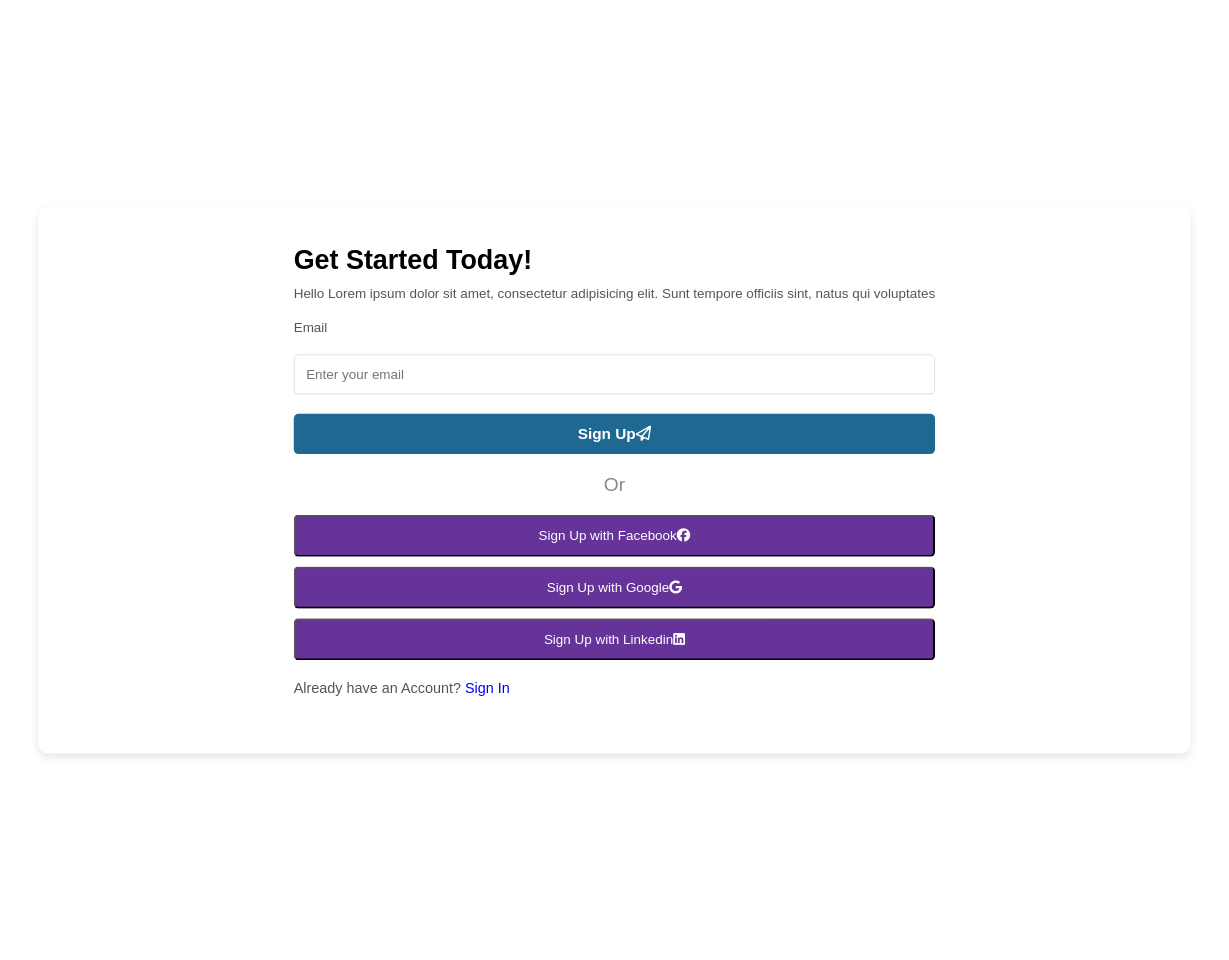
Repository: Femi007-gh/Login-V2
Page: index.html
These files come from the project's save history. The page is drawn as it stood at one moment and after the next save; the edit follows.
The browser window is 1280 px wide. The pictures show the whole page, at 96% of full size.

Above is the page before, as saved 2025-01-27 10:32:37.

After the next save:
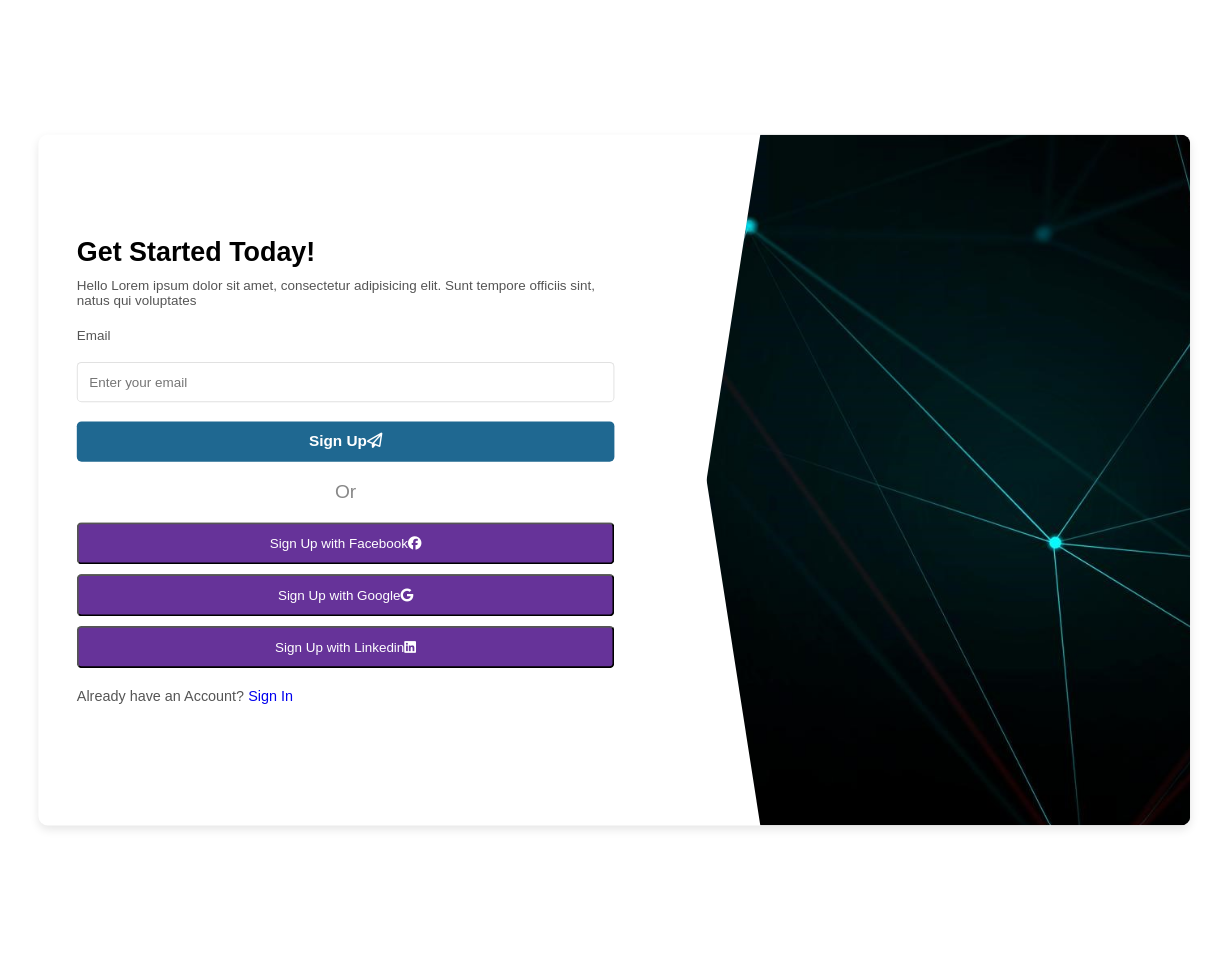
Saved 4 s later.
--- a/style.css
+++ b/style.css
@@ -105,12 +105,6 @@ p {
   text-decoration: none;
 }
 
-If the clip-path doesn't work as expected, let's use a simpler method by combining CSS masking or adjusting clip-path into an effective polygon approximation that works in modern browsers.
-
-Here’s how you can update your CSS:
-
-Updated CSS
-
 .right-section {
   flex: 1;
   background: url(ART.jpg) no-repeat center center/cover;
